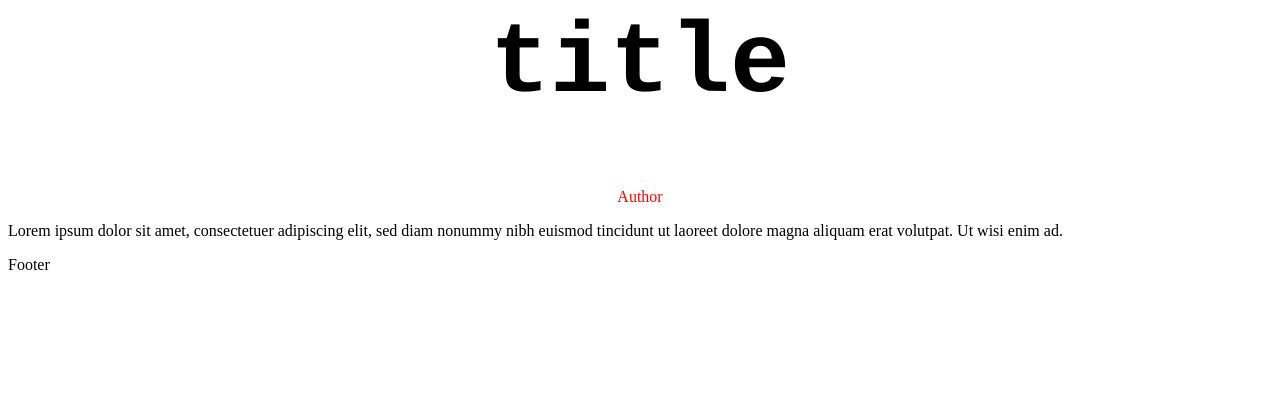
Repository: jeffbartow/productschool
Page: index.html
The author's editor kept a record of every edit. The page is drawn from the files as they stood at one moment, then again after the next edit.
The browser window is 1280 px wide. The pictures show the whole page.

Above is the page before.

### index.html
<html>
    <head>
        <title>my test webpage</title>
        <style type="text/css">
            .byline {
                text-align: center;
                color: red;
            }

        <style type="text/css">
            p {
                color: green;
            }

        <style type="text/css">
            .article {
                border-width: 1px;
                border-style: solid;
                border-color: blue;
                height: 100px;
            }

        <style type="text/css">
            .footer{
                border-width: 1px;
                border-style: solid;
                border-color: red;
            }
        </style>
    </head>
    <body>
        <div>
            <h1 style="font-family: Courier;font-size: 100px;text-align: center">title</h1>
            <p class = "byline">Author</p>
            <p class="article">
                Lorem ipsum dolor sit amet, consectetuer adipiscing elit,
    			sed diam nonummy nibh euismod tincidunt ut laoreet dolore
    			magna aliquam erat volutpat. Ut wisi enim ad.
            </p>
            <span class "footer">
                Footer
            </span>

        </div>
    </body>
</html>

After the next edit:
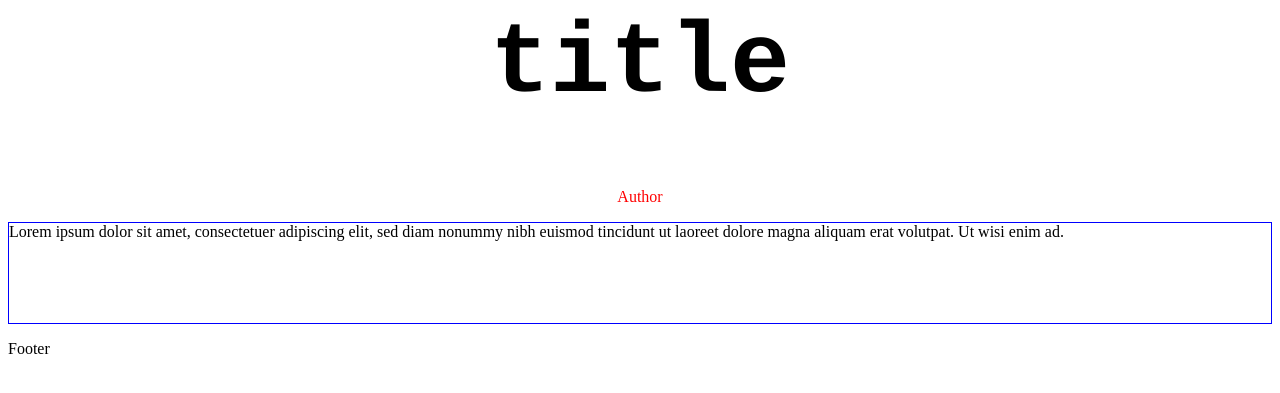
The edit:
--- a/index.html
+++ b/index.html
@@ -12,7 +12,7 @@
                 color: green;
             }
 
-        <style type="text/css">
+
             .article {
                 border-width: 1px;
                 border-style: solid;
